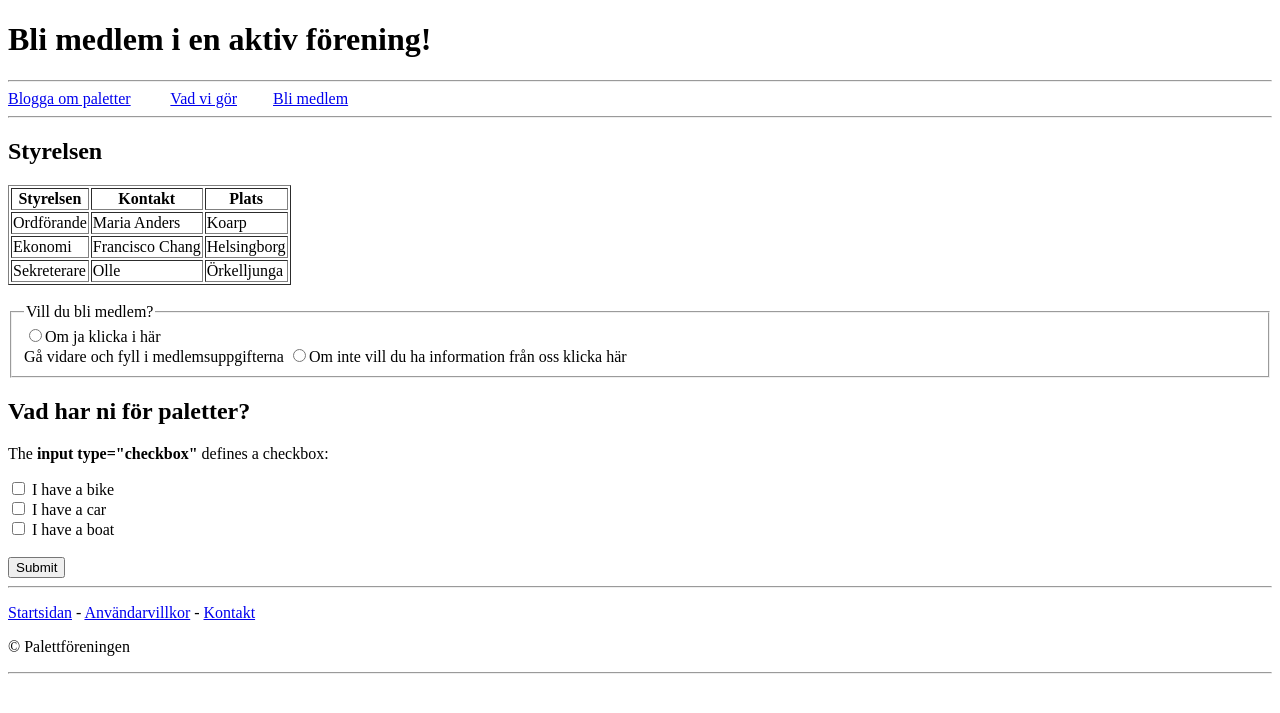
Repository: Webutveckling-20-21/Uppgift-1
Page: medlemskap.html
The author's editor kept a copy of each file at every save. The page is drawn from the files as they stood at one save, then again after the next save.
The browser window is 1280 px wide. The pictures show the whole page.

Above is the page before, as saved 2021-09-07 12:37:25.

### medlemskap.html
<!DOCTYPE html>
<html lang="en">

<head>
    <meta charset="UTF-8">
    <meta name="viewport" content="width=device-width, initial-scale=1.0">
    <title>Palettföreningen</title>
</head>

<body>
    <header>
        <h1>Bli medlem i en aktiv förening!</h1>
        <hr>
        <a href="blogg.html">Blogga om paletter</a> &nbsp;&nbsp;&nbsp;&nbsp;&nbsp;&nbsp;&nbsp;&nbsp; <a
            href="verksamheten.html">Vad vi gör</a>&nbsp;&nbsp;&nbsp;&nbsp;&nbsp;&nbsp;&nbsp;&nbsp;
        <a href="medlemskap.html">Bli medlem</a>

    </header>
    <hr>
    <main>
         <h2>Styrelsen</h2>

        <table border="1">
            <tr>
                <th>Styrelsen</th>
                <th>Kontakt</th>
                <th>Plats</th>
            </tr>
            <tr>
                <td>Ordförande</td>
                <td>Maria Anders</td>
                <td>Koarp</td>
            </tr>
            <tr>
                <td>Ekonomi</td>
                <td>Francisco Chang</td>
                <td>Helsingborg</td>
            </tr>
            <tr>
                <td>Sekreterare</td>
                <td>Olle</td>
                <td>Örkelljunga</td>
            </tr>
        </table> <br>

         <form method="post">
            <fieldset>
                <legend>Vill du bli medlem?</legend>
                <label><input type="radio" name="radio">Om ja klicka i här</label><br>
               Gå vidare och fyll i medlemsuppgifterna</a>
                <label><input type="radio" name="radio">Om inte vill du ha information från oss klicka här</label>
            </fieldset>
            </form>


    </main>
    <aside>
        <h2>Vad  har ni för paletter?</h2>
<p>The <strong>input type="checkbox"</strong> defines a checkbox:</p>

<form action="/action_page.php">
  <input type="checkbox" id="vehicle1" name="vehicle1" value="Bike">
  <label for="vehicle1"> I have a bike</label><br>
  <input type="checkbox" id="vehicle2" name="vehicle2" value="Car">
  <label for="vehicle2"> I have a car</label><br>
  <input type="checkbox" id="vehicle3" name="vehicle3" value="Boat">
  <label for="vehicle3"> I have a boat</label><br><br>
  <input type="submit" value="Submit">
</form>




    </aside>
    <hr>
    <footer>
        <nav>
            <p>
                <a href="blogg.html">Startsidan</a> -
                <a href="villkor.html">Användarvillkor</a> -
                <a href="kontakt.html">Kontakt</a>
            </p>
        </nav>
        <p> &copy; Palettföreningen</p>

    </footer>
    <hr>

</body>


</html>

After the next save:
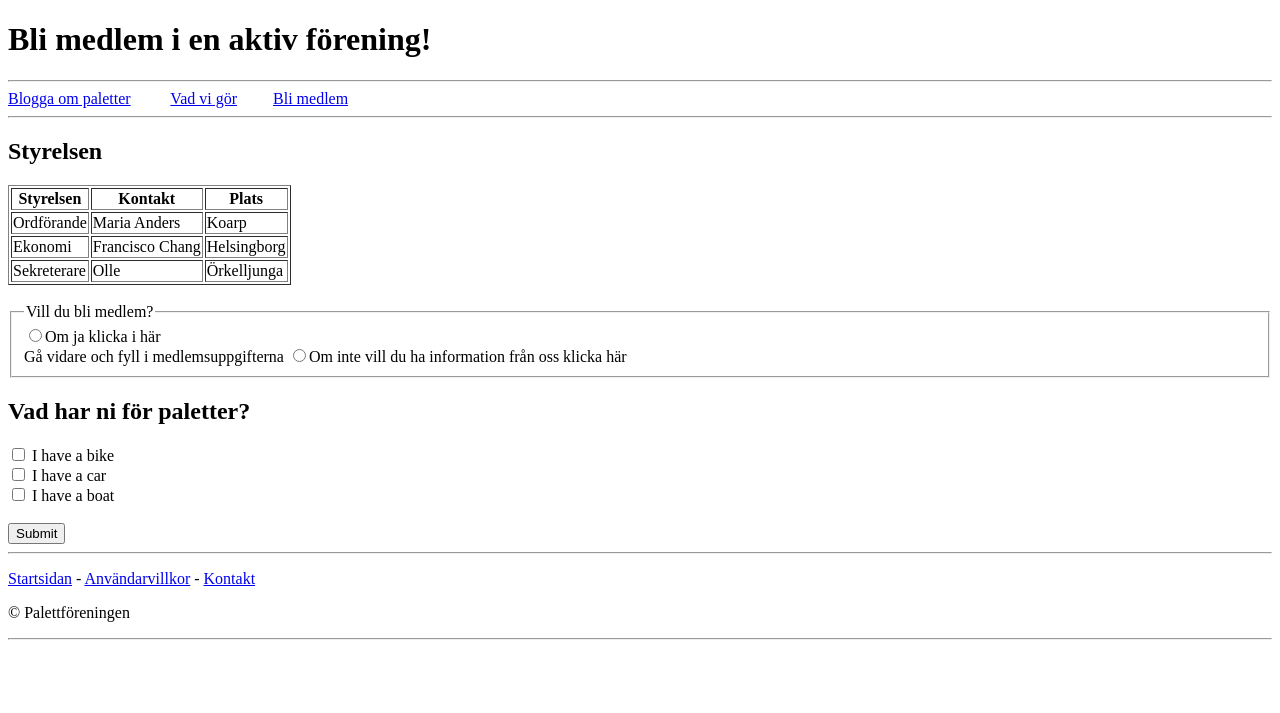
Saved 11 s later.
--- a/medlemskap.html
+++ b/medlemskap.html
@@ -56,7 +56,7 @@
     </main>
     <aside>
         <h2>Vad  har ni för paletter?</h2>
-<p>The <strong>input type="checkbox"</strong> defines a checkbox:</p>
+<p></p>
 
 <form action="/action_page.php">
   <input type="checkbox" id="vehicle1" name="vehicle1" value="Bike">
